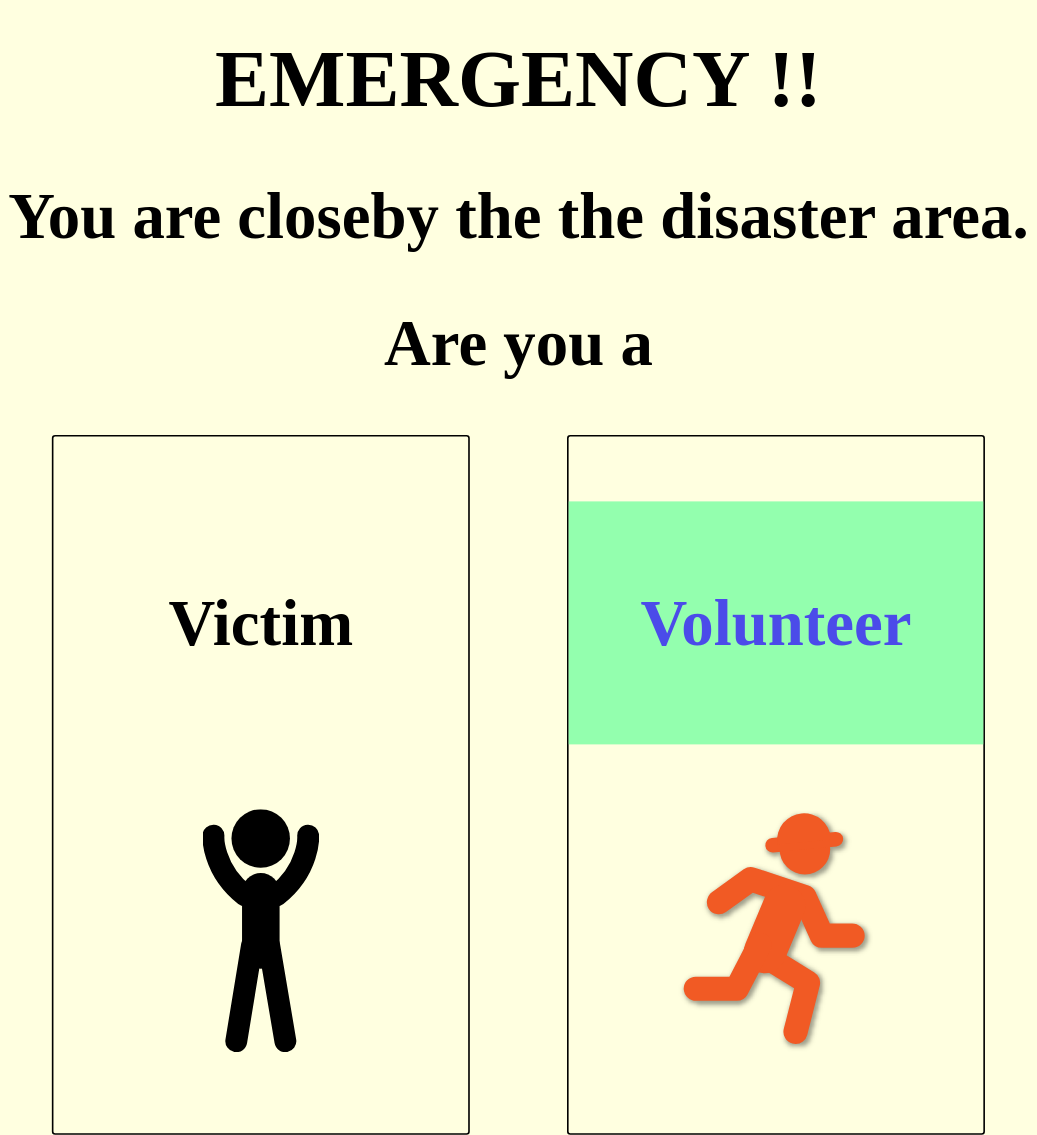
Repository: KittichoteKamalapirat/EMS-management-system
Page: http://localhost/
The author's editor kept a record of every edit. The page is drawn from the files as they stood at one moment, then again after the next edit.
The browser window is 1280 px wide. The pictures show the whole page, at 81% of full size.
The pointer rests on the first visible `.right-box p`.
Some web libraries are served in a nearby version. The page is served by the project's Node server (server.js).

Above is the page before.
Console error: ReferenceError: $ is not defined

### index.html
<!DOCTYPE>
<!DOCTYPE html>
<html>
<head>
    <meta charset = "utf-8">
    <link rel = "stylesheet" href="/css/index.css" type="text/css" />
    <script src="https://use.fontawesome.com/804afe4c6e.js"></script>

    <!--<link rel = "stylesheet" href="/css/hamburger.css" type="text/css" />-->
    <!--<script src="https://ajax.googleapis.com/ajax/libs/jquery/3.3.1/jquery.min.js"></script>-->


</head>

<body>
    <header class = "head-list">
        <h1 class = "head-tag">EMERGENCY !!</h1>

        <h2 class = "head-tag">You are closeby the the disaster area.</h2>
        <h2 class = "head-tag">Are you a</h2>


    </header>
    <div class = "splet-boxes">
    <div class="left-box">
        <p>Victim</p>
        <img class='people' src="/images/victim.svg"></img>
    </div>

    <a href="/skills"><div class="right-box">

        <p>Volunteer</p>
        <img class='people' src="/images/responder.svg"></img>
    </div>
    </a>
    </div>

    <script src='/javascript/index.js'></script>

</body>

</html>

### server.js
const express = require('express')
const path = require('path')
const app = express();
const PORT = process.env.PORT || 8080;

app.use(express.static('public'))

// render map
app.get('/map',(req,res) => res.sendFile(__dirname + '/map.html'))

app.get('/',(req,res) => res.sendFile(__dirname + '/index.html'))

app.get('/skills',(req,res) => res.sendFile(__dirname + '/skills.html'))

// app.get('/loading',(req,res) => res.sendFile(__dirname + '/loading.html'))


app.get('/loading',(req,res) => {
    res.sendFile(__dirname + '/loading.html')
})


app.get('/approve',(req,res) => res.sendFile(__dirname + '/approve.html'))






app.listen(PORT, () => console.log('Server Started...'));

### public/css/index.css
body {
  background: #FFFFE0;
}

  /* Always set the map height explicitly to define the size of the div
       * element that contains the map. */
      #map {
        height: 100%;
      }
      /* Optional: Makes the sample page fill the window. */
      html, body {
        height: 100%;
        margin: 0;
        padding: 0;
      }


/*modal box*/

.head-tag{
  margin-top: 40px;
}
.bg-modal {
  width:100%;
  height: 100%;
  background-color: rgba(0, 0, 0, 0.8);
  position: absolute;
  top: 0;
  display: none;
  justify-content: center;
  align-items: center; }


.bg-modal .close {
  position: absolute;
  font-size: 3rem;
　right: 1rem;
  top: 0, 5rem;
  transform: rotate(45deg);
  cursor: pointer; }


.box{
  display: grid¥;
  justify-content: center;
  margin: 0 auto;
  padding: 5rem;
  width: 50%;
  background-color: white;
  position: relative;
 }

 /*html1について*/
.header {
  height: 100px;
  width:100%;

}
.splet-boxes {
  margin-top: 40px;
}

.left-box {
  margin-left:5%;
  font-size: 80px;
  float: left;
  width:40%;
  text-align: center;
  cursor: pointer;
  line-height: 300px;
  border-radius: 4px;
  border: 2px solid black;
}
p {
  font-weight: bold;

}

.right-box {
  margin-right:5%;
  font-size: 80px;
  float: right;
  width:40%;
  text-align: center;
  line-height: 300px;
  cursor: pointer;
  border-radius: 4px;
  border: 2px solid black;
}
.left-box:hover {
  background: #FF0000;
  opacity: 0.7;

}
.right-box p:hover {
  background: #66FF99;
  opacity: 0.7;
}


/*html２について*/
.select-skill {
  font-size: 100px;
  text-align: center;
  font-weight: bold;
  margin-top: 100px;
}
li > input {
  position:relative;
   width: 50px;
   height:50px;
  float: left;
  margin: 50px 40px 0 20px;
  transform:scale(1.5);
}

.scrollWrap {
  width: 100%;
  margin: 0px auto;
  overflow: auto;
}
.scrollContent ul {
  margin-top: 50px;
  list-style: none;
  background: white;
  padding: 0;
  position: relative;
}
.scrollContent ul li {
  margin-bottom: 30px;
  font-size: 30px;
  height: 150px;
  line-height: 150px;
  border:1px solid black;
  border-left: solid 6px #2d8fdd;
  position: relative;
}
.selected {
  background: #FFDDFF;
  opacity: 0.5;
}
/*スクロールバーの幅*/
::-webkit-scrollbar {
    width: 6px;
}
/*スクロールバーのレール*/
::-webkit-scrollbar-track {
  border-radius: 30px;
  background: #eee;
}
/*スクロールバーのつまみ*/
::-webkit-scrollbar-thumb {
  border-radius: 30px;
  background: #81D4FA;
}

a {
  text-decoration: none;
}

#decide {
  margin:100px auto 100px;
  font-size: 60px;
  width: 600px;
  padding: 20px 60px 30px 60px;
  text-align: center;
  display: block;
  color: white;
  background: rgb(34,181,115);
　font-size: 70px;
　border-radius: 20px;
　text-align: center;
　line-height: 100px;
}


/*html3について*/


h1 {
  text-align: center;
  font-size: 100px;
}


h2 {
  text-align: center;
  font-size: 80px;
}


h3 {
  text-align: center;
  font-size: 50px;
}


.loading {
  margin-top: 300px;
}

.icon {
  margin: 0 auto;
  width: 100%;
  text-align: center;
  font-size: 100px;
  transition: .4s;
}
.wait {
  margin-top: 0;
}
.thanks {
  margin: 0 auto;
  width: 100%;
  text-align: center;
  font-size: 100px;
}

.container{
    margin: 0 auto;
    text-align:center;
}
.can {
  margin-top: 300px;
}

#loading{
    margin: 0 auto;
    display: block;
    width: 400px;
}
.fa-check-circle:before {
  color: rgb(34,181,115);
}

.go {
  margin:350px auto 100px;
  text-decoration: none;
  text-align: center;
  font-size: 50px;
  border:1px solid black;
  border-radius: 5px;
  display: block;
  color:white;
  background: rgb(34,181,115);
  width:600px;
  height: 100px;
  line-height: 100px;
}


/*direction button for map page*/

#map{
  position: fixed;
  z-index:0;
}
.direction-button{
  font-size: 20px;
  position: relative;
  color: white;
  bottom: 60px;
  left: 20px;
  z-index:10;
  padding: 10px 20px;
  border-radius: 5px;
  background-color: rgb(0,113,188);
  box-shadow: 5px 5px 5px rgba(0, 0, 0, .5);
}

.people{
  height: 300px;
  margin-bottom: 100px;
}

### public/images/victim.svg
<svg xmlns="http://www.w3.org/2000/svg" viewBox="0 0 74.54 155"><defs><style>.cls-1,.cls-2{fill:none;stroke:#000;stroke-linecap:round;stroke-linejoin:round;}.cls-1{stroke-width:24px;}.cls-2{stroke-width:14px;}</style></defs><title>Asset 2</title><g id="Layer_2" data-name="Layer 2"><g id="Layer_1-2" data-name="Layer 1"><circle cx="37.2" cy="18.69" r="18.69"/><line class="cls-1" x1="37.27" y1="52.73" x2="37.27" y2="89.72"/><path class="cls-2" d="M7,16.87S5.89,38.16,27.18,55"/><line class="cls-2" x1="31.62" y1="87" x2="21.58" y2="148"/><path class="cls-2" d="M67.53,16.87S68.65,38.16,47.36,55"/><line class="cls-2" x1="42.62" y1="87" x2="52.96" y2="148"/></g></g></svg>

### public/images/responder.svg
<svg xmlns="http://www.w3.org/2000/svg" xmlns:xlink="http://www.w3.org/1999/xlink" viewBox="0 0 95 118"><defs><style>.cls-1{isolation:isolate;}.cls-2{opacity:0.38;mix-blend-mode:multiply;}.cls-3{fill:#f15a24;}</style></defs><title>Asset 7</title><g class="cls-1"><g id="Layer_2" data-name="Layer 2"><g id="Layer_1-2" data-name="Layer 1"><image class="cls-2" width="95" height="118" xlink:href="data:[embedded picture, 5506 characters]"/><circle class="cls-3" cx="61.52" cy="19.45" r="12.27"/><rect class="cls-3" x="42.26" y="12.49" width="37.87" height="7.1" rx="3.55" transform="translate(-1.25 5.9) rotate(-5.47)"/><path class="cls-3" d="M74.13,13.85l.09.94-26.07,2.5-.09-.95a13.09,13.09,0,1,1,26.07-2.49Z"/><path class="cls-3" d="M84.6,67.33H69.76a5.93,5.93,0,0,1-5.39-3.47L57,47.54h0l-20.74-7h0l-13,9.36a5.89,5.89,0,0,1-8.31-1.47,6.06,6.06,0,0,1,1.66-8.24l15.25-11a5.93,5.93,0,0,1,5.33-.81l26,8.73a5.93,5.93,0,0,1,3.5,3.16l6.9,15.2,0,0H84.33a6.05,6.05,0,0,1,6.15,5.73A5.88,5.88,0,0,1,84.6,67.33Z"/><path class="cls-3" d="M57,114a6,6,0,0,1-1.45-.18,5.89,5.89,0,0,1-4.26-7.16l5-19.66s0,0,0,0l-17-10.55A6.07,6.07,0,0,1,37,68.31a5.89,5.89,0,0,1,8.19-2l20.91,13a5.9,5.9,0,0,1,2.61,6.48l-6.06,23.84A5.88,5.88,0,0,1,57,114Z"/><path class="cls-3" d="M42.11,79.7A10.42,10.42,0,0,1,37,78.33a10.53,10.53,0,0,1-4.24-13.21l9.13-21.88a10.53,10.53,0,0,1,12.74-6.16A10.3,10.3,0,0,1,61,50.87L51.62,73.36A10.3,10.3,0,0,1,42.11,79.7Z"/><path class="cls-3" d="M28.52,93.07H8.93a6.06,6.06,0,0,1-6.16-5.73,5.88,5.88,0,0,1,5.88-6H24.94a0,0,0,0,0,0,0L34.4,63.05a5.88,5.88,0,1,1,10.45,5.41L33.77,89.88A5.92,5.92,0,0,1,28.52,93.07Z"/></g></g></g></svg>

### public/javascript/index.js
// turn 3 stripes to X
$("#hamburger").click(function(){
  $("#hamburger").toggleClass("is-active")
});

// toggle nav bar
$("#hamburger").click(function(){
  $("ul").toggleClass("active")
});

// $("#hamburger").click(function(){
//   $(".backtohome").toggleClass("not-active")
// });

After the next edit:
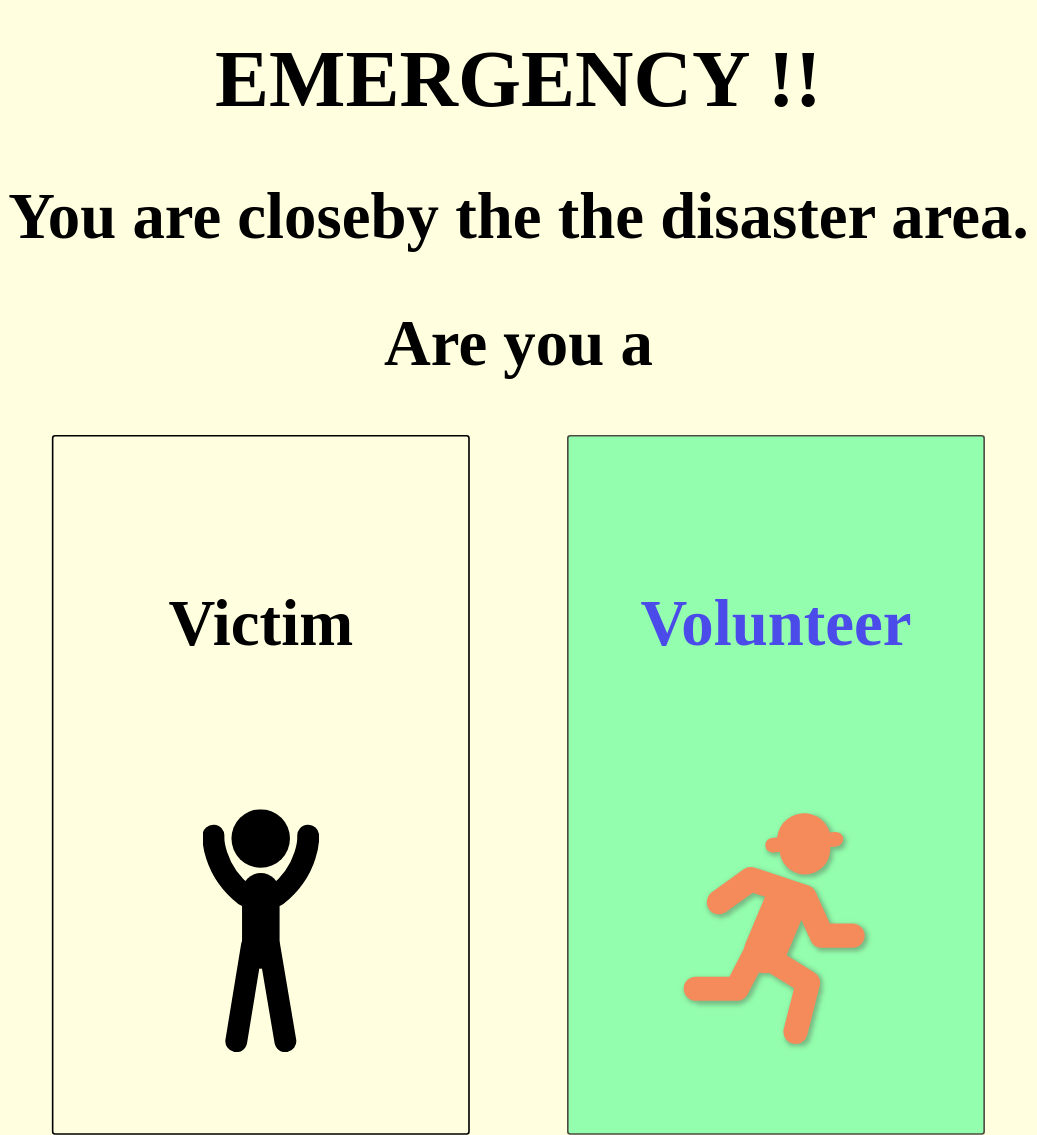
The edit:
--- a/public/css/index.css
+++ b/public/css/index.css
@@ -92,7 +92,7 @@
   opacity: 0.7;
 
 }
-.right-box p:hover {
+.right-box:hover {
   background: #66FF99;
   opacity: 0.7;
 }
